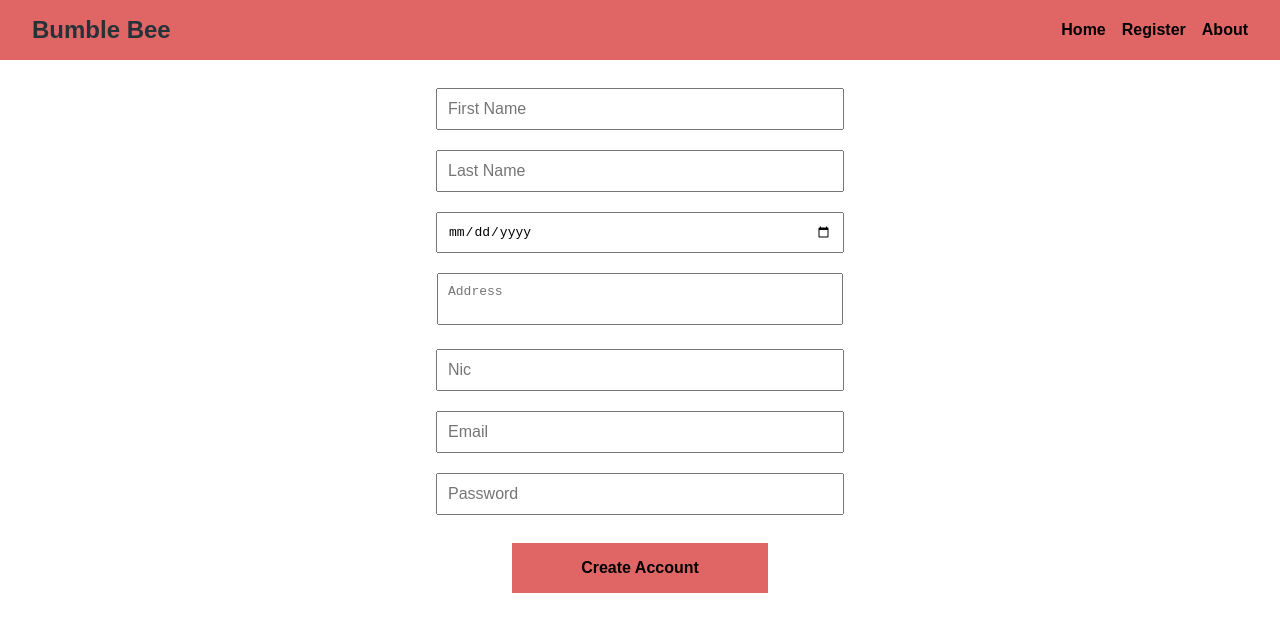
Repository: developerks611/Bumble-bee
Page: http://localhost/Bumble/add-customer.jsp
These files come from the project's save history. The page is drawn as it stood at one moment and after the next save; the edit follows.
The browser window is 1280 px wide. The pictures show the whole page.
The page is served by Tomcat 9.

Above is the page before, as saved 2023-02-28 05:28:55.

After the next save:
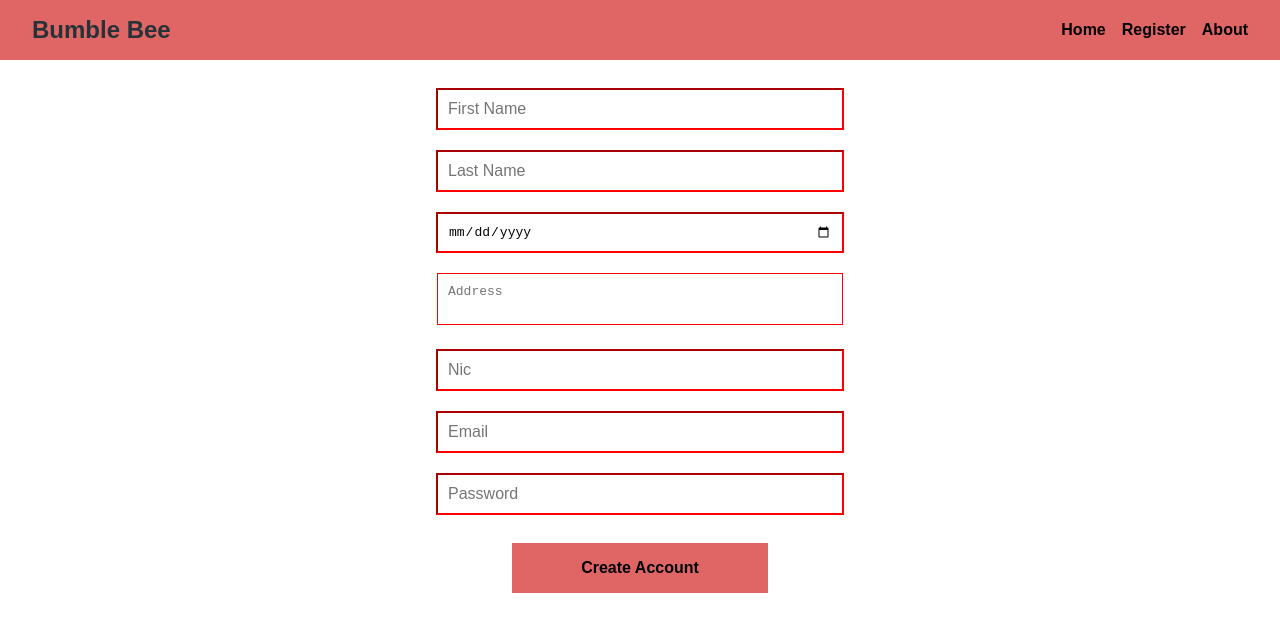
Saved 31 s later.
--- a/Bumble/src/main/webapp/add-customer.jsp
+++ b/Bumble/src/main/webapp/add-customer.jsp
@@ -55,7 +55,7 @@ nav a {
 	margin:10px;
 	padding:10px;
 	font-size:100%;
-	boarder-color:red;
+	border-color:red;
 }
 
 .createAccount{
